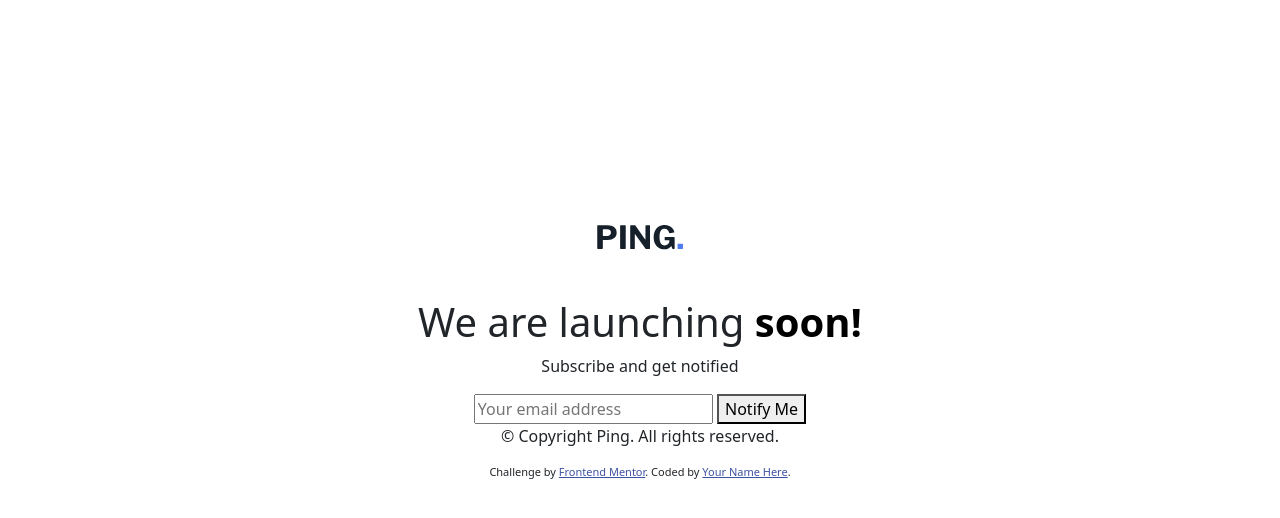
Repository: blordeus/ping-coming-soon-page-master
Page: index.html
These files come from the project's save history. The page is drawn as it stood at one moment and after the next save; the edit follows.
The browser window is 1280 px wide. The pictures show the whole page.
The style sheet was rebuilt from its Sass, Less or Tailwind sources for each picture, by a compiler version that may differ from the author's.

Above is the page before, as saved 2023-08-31 11:14:25.

### index.html
<!DOCTYPE html>
<html lang="en">
<head>
  <meta charset="UTF-8">
  <meta name="viewport" content="width=device-width, initial-scale=1.0"> <!-- displays site properly based on user's device -->

  <link rel="icon" type="image/png" sizes="32x32" href="./images/favicon-32x32.png">
  <link rel="stylesheet" href="style.css">
  <link href="https://cdn.jsdelivr.net/npm/bootstrap@5.3.1/dist/css/bootstrap.min.css" rel="stylesheet" integrity="sha384-4bw+/aepP/YC94hEpVNVgiZdgIC5+VKNBQNGCHeKRQN+PtmoHDEXuppvnDJzQIu9" crossorigin="anonymous">
  <title>Frontend Mentor | Ping coming soon page</title>


</head>
<body>
  <main class="text-center">
    <img class="mb-5" src="./images/logo.svg" alt="logo">

    <h1 class="heading-color">We are launching <strong class="text-black">soon!</strong></h1>

    <p>Subscribe and get notified</p>

    <input type="email" placeholder="Your email address">

    <button>Notify Me</button>

    <p>&copy; Copyright Ping. All rights reserved.</p>

    <footer>
      <p class="attribution">
        Challenge by <a rel="noopener" href="https://www.frontendmentor.io?ref=challenge" target="_blank">Frontend Mentor</a>.
        Coded by <a href="#">Your Name Here</a>.
      </p>
    </footer>
  </main>
  <script src="https://cdn.jsdelivr.net/npm/bootstrap@5.3.1/dist/js/bootstrap.bundle.min.js" integrity="sha384-HwwvtgBNo3bZJJLYd8oVXjrBZt8cqVSpeBNS5n7C8IVInixGAoxmnlMuBnhbgrkm" crossorigin="anonymous"></script>
</body>
</html>

### style.scss
  @import url('https://fonts.googleapis.com/css2?family=Libre+Franklin:wght@300;600;700&display=swap');

:root {
    --very-dark-blue: hsl(209, 33%, 12%);
    --dark-gray: hsl(0, 0%, 59%);
    --primary-blue: hsl(223, 87%, 63%);
    --light-red: hsl(354, 100%, 66%);
    --pale-blue: hsl(223, 100%, 88%);
}

body {
    font-size: 20px;
    font-family: 'Libre Franklin', sans-serif;
    box-sizing: border-box;
    margin: 0;
    padding: 0;
    min-height: 100vh;
    display: flex;
    flex-direction: column;
    justify-content: center;
    align-items: center;
}

.heading-color {
    color: var(--blue);
}

  .attribution { font-size: 11px; text-align: center; }
  .attribution a { color: hsl(228, 45%, 44%); }

After the next save:
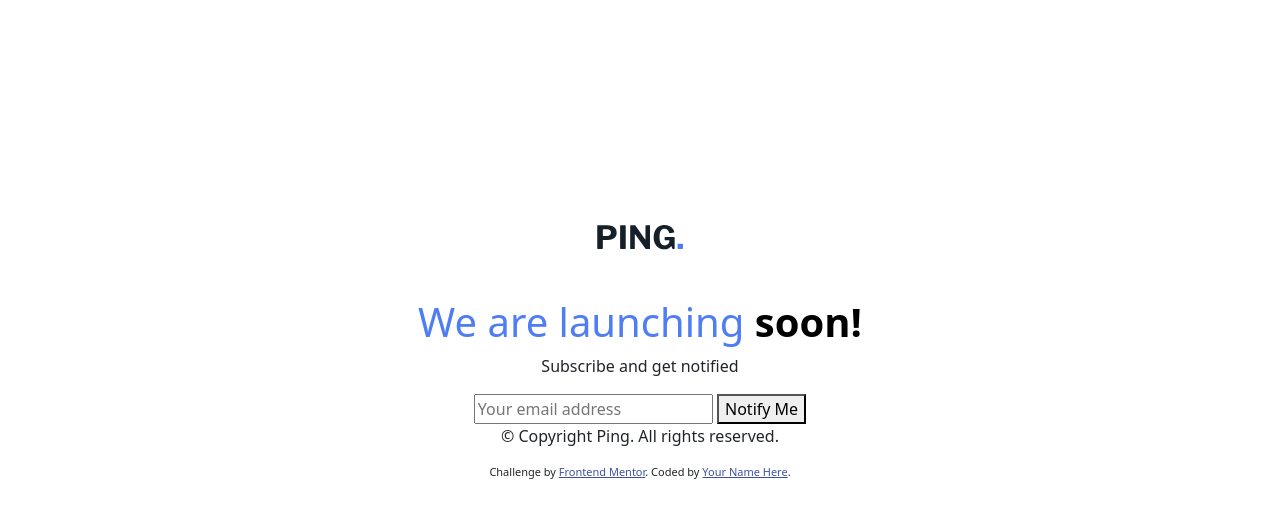
Saved 4 s later.
--- a/style.scss
+++ b/style.scss
@@ -3,7 +3,7 @@
 :root {
     --very-dark-blue: hsl(209, 33%, 12%);
     --dark-gray: hsl(0, 0%, 59%);
-    --primary-blue: hsl(223, 87%, 63%);
+    --blue: hsl(223, 87%, 63%);
     --light-red: hsl(354, 100%, 66%);
     --pale-blue: hsl(223, 100%, 88%);
 }
